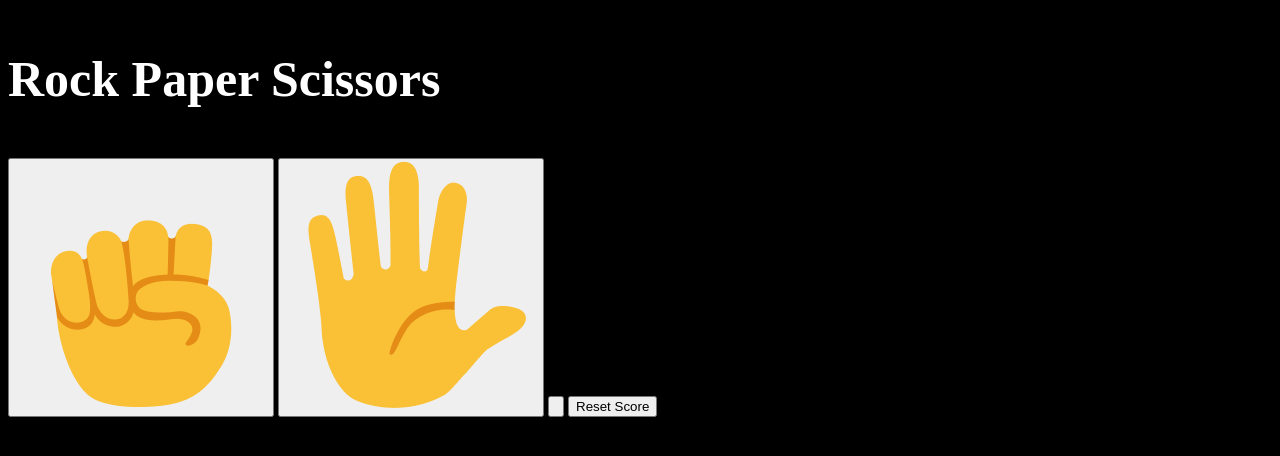
Repository: pgyunknown/Rock_paper_scissors-
Page: index.html
The author's editor kept a copy of each file at every save. The page is drawn from the files as they stood at one save, then again after the next save.
The browser window is 1280 px wide. The pictures show the whole page.

Above is the page before, as saved 2024-08-30 16:58:23.

### index.html

<!DOCTYPE html>
<html>
  <head>
    <title>Rock Paper Scissors</title>
    <link rel="stylesheet" href="index.css">
  </head>
  <body>
    <p class="title">Rock Paper Scissors</p>
    <button onclick="
      playGame('rock');
    "><img src="images/rock-emoji.png" alt=""></button>

    <button onclick="
      playGame('paper');
    "><img src="images/paper-emoji.png" alt=""></button>

    <button onclick="
      playGame('scissors');
    "><img src="" alt=""></button>

    <button onclick="
      score.wins = 0;
      score.losses = 0;
      score.ties = 0;
      localStorage.removeItem('score');
    ">Reset Score</button>

    <script src="index.js">

    </script>
  </body>
</html>

### index.css
body{
  background-color: black;
  color: white;
}
.title{
  font-size: 50px;
  font-weight: bold;
}

### index.js
      let score = JSON.parse(localStorage.getItem('score')) || {
        wins: 0,
        losses: 0,
        ties: 0
      };

      function pickComputerMove() {
        const randomNumber = Math.random();

        let computerMove = '';

        if (randomNumber >= 0 && randomNumber < 1 / 3) {
          computerMove = 'rock';
        } else if (randomNumber >= 1 / 3 && randomNumber < 2 / 3) {
          computerMove = 'paper';
        } else if (randomNumber >= 2 / 3 && randomNumber < 1) {
          computerMove = 'scissors';
      }

        return computerMove;
      }
      function playGame(playerMove) {
        const computerMove = pickComputerMove();

        let result = '';

        if (playerMove === 'scissors') {
          if (computerMove === 'rock') {
            result = 'You lose.';
          } else if (computerMove === 'paper') {
            result = 'You win.';
          } else if (computerMove === 'scissors') {
            result = 'Tie.';
          }

        } else if (playerMove === 'paper') {
          if (computerMove === 'rock') {
            result = 'You win.';
          } else if (computerMove === 'paper') {
            result = 'Tie.';
          } else if (computerMove === 'scissors') {
            result = 'You lose.';
          }

        } else if (playerMove === 'rock') {
          if (computerMove === 'rock') {
            result = 'Tie.';
          } else if (computerMove === 'paper') {
            result = 'You lose.';
          } else if (computerMove === 'scissors') {
            result = 'You win.';
          }
        }

        if (result === 'You win.') {
          score.wins += 1;
        } else if (result === 'You lose.') {
          score.losses += 1;
        } else if (result === 'Tie.') {
          score.ties += 1;
        }

        localStorage.setItem('score', JSON.stringify(score));

        alert(`You picked ${playerMove}. Computer picked ${computerMove}. ${result}
Wins: ${score.wins}, Losses: ${score.losses}, Ties: ${score.ties}`);
      }

After the next save:
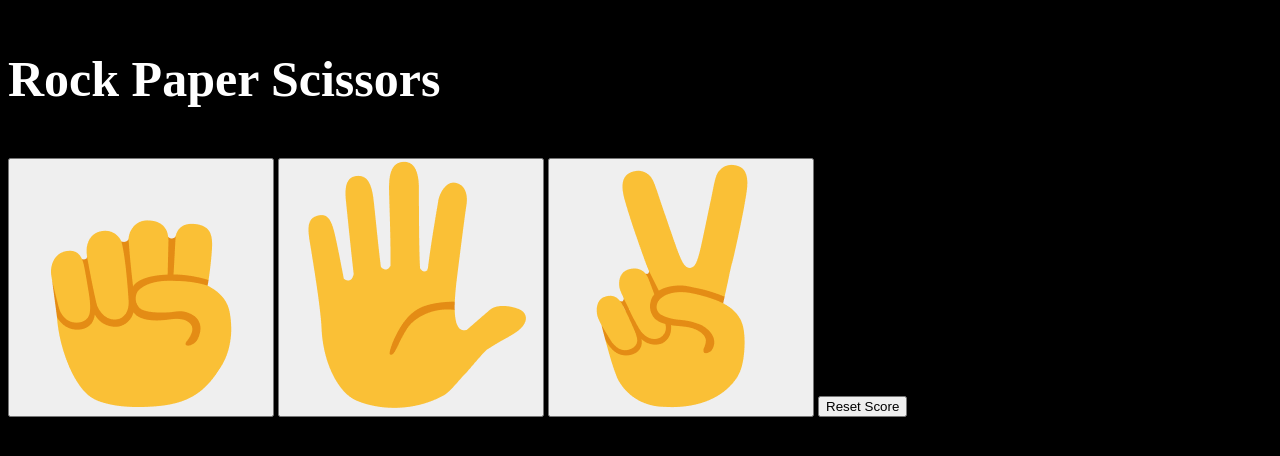
Saved 4 s later.
--- a/index.html
+++ b/index.html
@@ -17,7 +17,7 @@
 
     <button onclick="
       playGame('scissors');
-    "><img src="" alt=""></button>
+    "><img src="images/scissors-emoji.png" alt=""></button>
 
     <button onclick="
       score.wins = 0;
